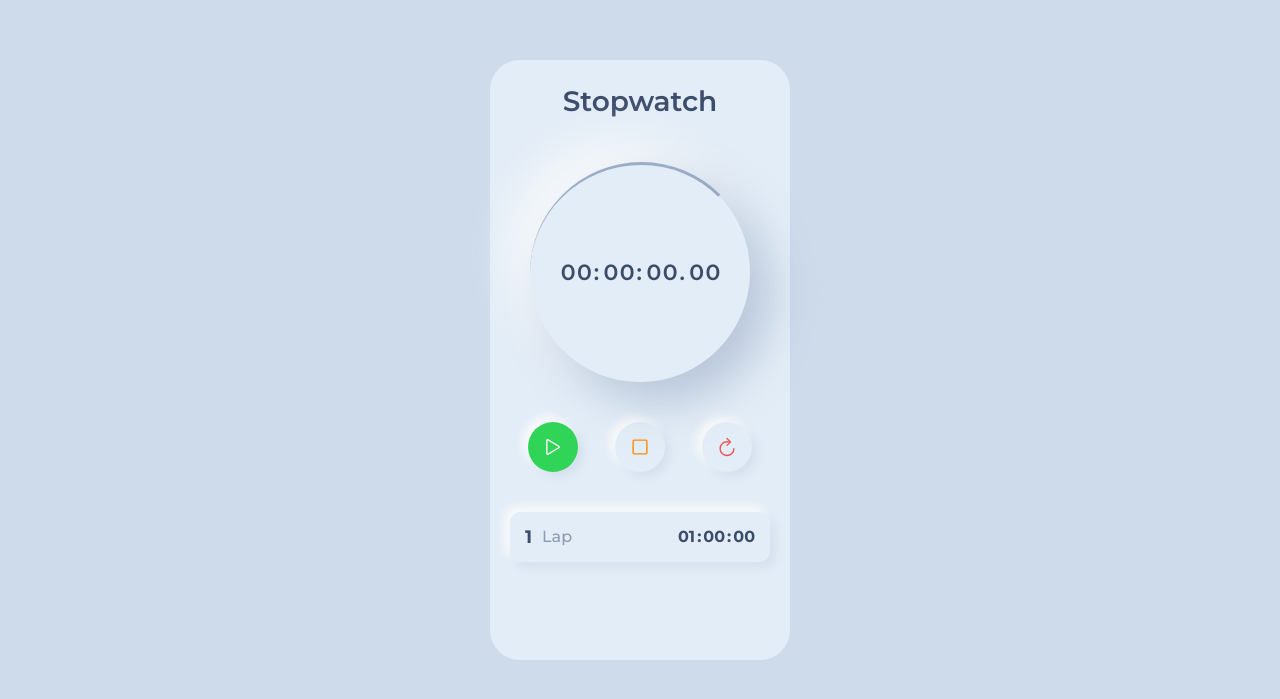
Repository: dinhtri123/stopwatch
Page: index.html
The author's editor kept a copy of each file at every save. The page is drawn from the files as they stood at one save, then again after a run of saves.
The browser window is 1280 px wide. The pictures show the whole page.

Above is the page before, as saved 2023-01-05 09:48:29.

After the next 3 saves:
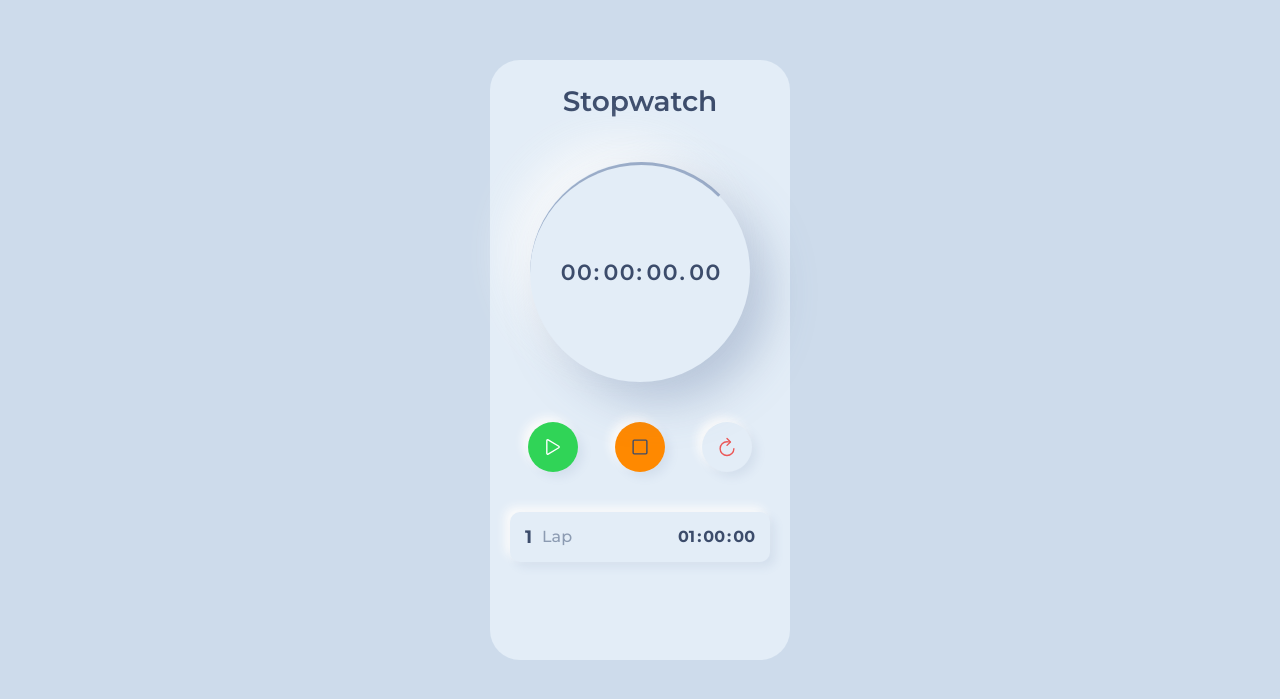
The 3 saves are shown as one change because they came seconds apart.
The last was saved 19 s later.
--- a/style.css
+++ b/style.css
@@ -97,7 +97,8 @@ button {
   color: white;
 }
 .btn-stop {
-  color: #ff8900;
+  background: #ff8900;
+
   user-select: none;
   cursor: not-allowed;
 }
